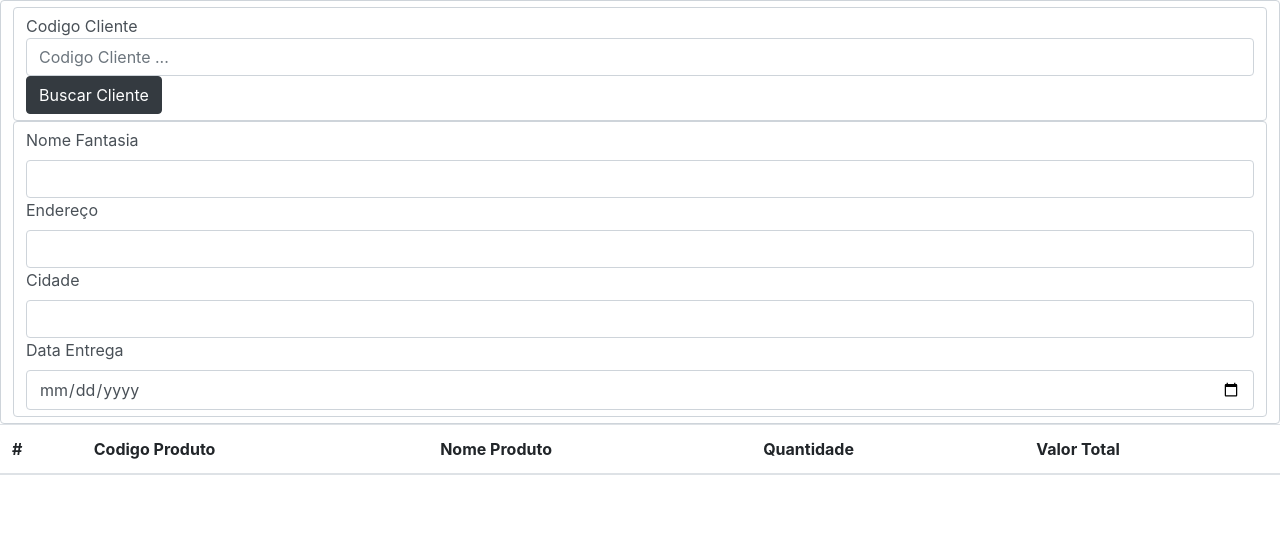
Repository: RobertoAntunes35/controle-estoque
Page: backend/templates/paginaGeracaoPedidos.html
These files come from the project's save history. The page is drawn as it stood at one moment and after the next save; the edit follows.
The browser window is 1280 px wide. The pictures show the whole page.
Some web libraries are served in a nearby version. The template is drawn by Flask 3. The application's start-up code is not run. Other server files are loaded and not shown. The template is opened directly, without the code that normally fills it, so the values that code supplies are empty.

Above is the page before, as saved 2023-06-06 10:41:09.

### backend/templates/paginaGeracaoPedidos.html
{% extends "index.html" %}

{% block title %} Geração Pedidos {% endblock %}

{% block content %}
<div class="content-geracao-pedido">
        <form action="">
            <div class="data-clientes form-control">
                <div class="buscar form-control">
                    <label class="form-check-label" for="">Codigo Cliente</label>
                    <input class="form-control" type="text" name="codigoCliente" id="codigoCliente" placeholder="Codigo Cliente ...">
                    <a href="#" class="btn btn-dark">Buscar Cliente</a>
                </div>

                <div class="datas-cliente form-control">
                    <label for="">Nome Fantasia</label>
                    <input class="form-control" type="text" name="nomeFantasia" id="nomeFantasia">

                    <label for="">Endereço</label>
                    <input class="form-control" type="text" name="enderecoCliente" id="enderecoCliente">

                    <label for="">Cidade</label>
                    <input class="form-control" type="text" name="cidadeCliente" id="cidadeCliente">

                    <label for="">Data Entrega</label>
                    <input class="form-control" type="date" name="dataEntrega" id="dataEntrega">
                </div>
            </div>
            <div class="produtos">
                <table class="table">
                    <thead>
                        <tr>
                            <th scope="col">#</th>
                            <th scope="col">Codigo Produto</th>
                            <th scope="col">Nome Produto</th>
                            <th scope="col">Quantidade</th>
                            <th scope="col">Valor Total</th>
                        </tr>
                    </thead>

                </table>
            </div>

        </form>
    </div>

{% endblock %}

### backend/templates/index.html
<!DOCTYPE html>
<html lang="en">

{% block head %}
<head>
    <meta charset="UTF-8">
    <meta http-equiv="X-UA-Compatible" content="IE=edge">
    <meta name="viewport" content="width=device-width, initial-scale=1.0">
    <title>{% block title %} {% endblock %}</title>

    <script src="https://ajax.googleapis.com/ajax/libs/jquery/3.5.1/jquery.min.js"></script>
    <!-- CSS INTERNO -->
    <link rel="stylesheet" href="{{ url_for('static', filename='css/globalStyle.css') }}">

    <!-- FONTE -->

    <!-- BOOTSTRAP -->
    <link rel="stylesheet" href="https://maxcdn.bootstrapcdn.com/bootstrap/4.0.0/css/bootstrap.min.css">
    <script src="https://maxcdn.bootstrapcdn.com/bootstrap/4.0.0/js/bootstrap.min.js"></script>
    <script src="https://cdnjs.cloudflare.com/ajax/libs/popper.js/1.12.9/umd/popper.min.js"></script>

    <!-- SCRIPT INTERNO -->
    <script src="{{ url_for('static' , filename='js/script.js') }}"></script>

    <!-- SCRIPTS AUXILIARES -->

</head>
{% endblock %}

<body>
   <div class="content">
    {% block content %} {% endblock %}
    </div>

</body>
</html>

### backend/static/css/globalStyle.css
* {
    margin: 0 auto;
    padding: 0;
    box-sizing: border-box;
}

.div-formulario {
    border: 1px solid;
}

.container {
    display: flex;
    justify-content: left;
    align-items: center;
    width: 100vw;
    height: 100vh;

    /* border: 1px solid; */
}

.search-product{
    /* border: 1px solid; */
}
.values-find{
    /* border: 1px solid; */
}

.choices-values{
    /* border: 1px solid; */
}

### backend/static/js/script.js

$(document).ready(function() {
    $('#btnBuscar').click(function(event) {
        event.preventDefault();

        var inputValue = $('#codigo').val();
        console.log(inputValue);

    $.ajax({
        url: '/busca_produtos',
        type: 'POST',
        data: {codigoProduto: inputValue},
        success: function(date) {
            $('#descricao').val(date.updatedValue.descricao)
            $('#codigoFornecedor').val(date.updatedValue.codigoFornecedor)
            $('#unidade').val(date.updatedValue.unidade)
        }
    });
    });
});


function verificarEnter(event) {
    if(event.keyCode === 13) {
        event.preventDefault();

        var botao = document.getElementById("btnBuscar")
        botao.click();
    }
}

After the next save:
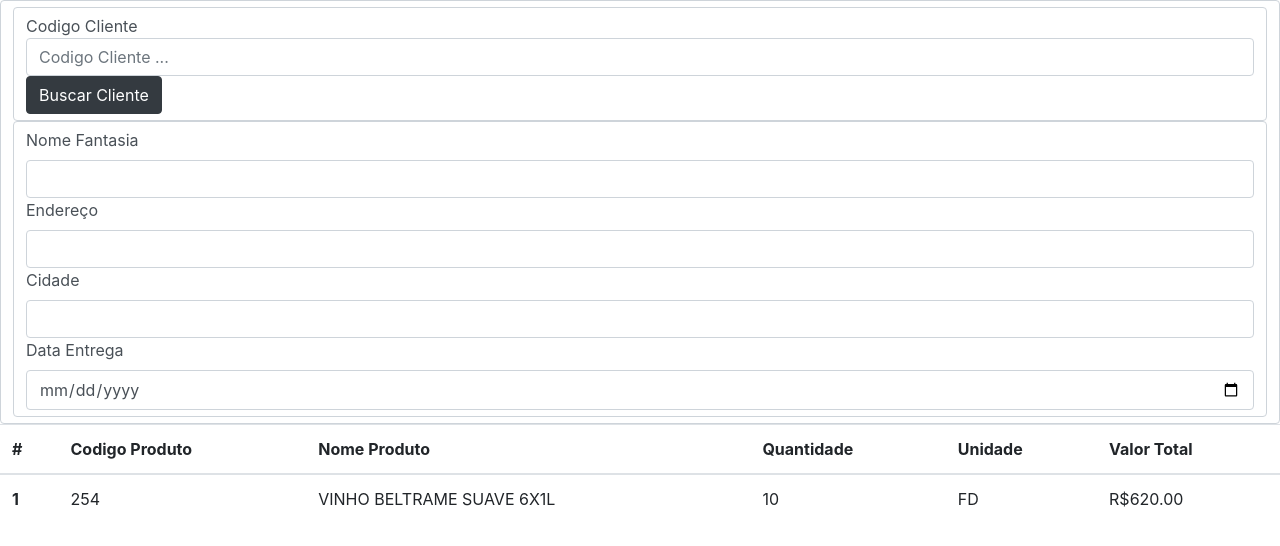
Saved 110 s later.
--- a/backend/templates/paginaGeracaoPedidos.html
+++ b/backend/templates/paginaGeracaoPedidos.html
@@ -34,9 +34,21 @@
                             <th scope="col">Codigo Produto</th>
                             <th scope="col">Nome Produto</th>
                             <th scope="col">Quantidade</th>
+                            <th scope="col">Unidade</th>
                             <th scope="col">Valor Total</th>
                         </tr>
                     </thead>
+
+                    <tbody>
+                        <tr>
+                            <th scope="row">1</th>
+                            <td>254</td>
+                            <td>VINHO BELTRAME SUAVE 6X1L</td>
+                            <td>10</td>
+                            <td>FD</td>
+                            <td>R$620.00</td>
+                        </tr>
+                    </tbody>
 
                 </table>
             </div>
